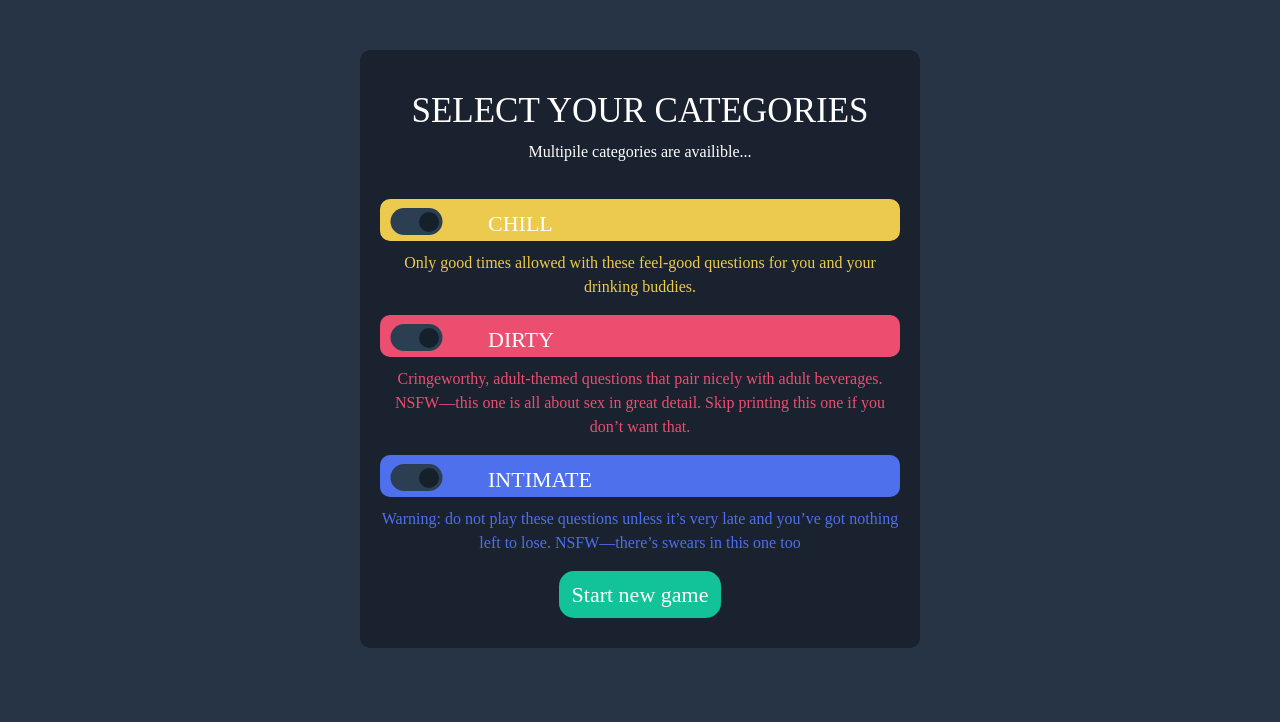
Repository: RafaelAshurov/TruthOrDrink
Page: /chose-your-categories
An editor plug-in stored every save of this project. The page is shown before and after the next save, followed by the edit.
The browser window is 1280 px wide. The pictures show the whole page.
Some web fonts or font styles are not loaded; a fallback is used. The project was rebuilt for these pictures with package versions that can differ from the ones it lists, and the page was loaded fresh each time. Also part of the build but not shown: src/views/StartGame.vue, src/views/QuestionsPage.vue.

Above is the page before, as saved 2020-10-10 21:47:36.

After the next save:
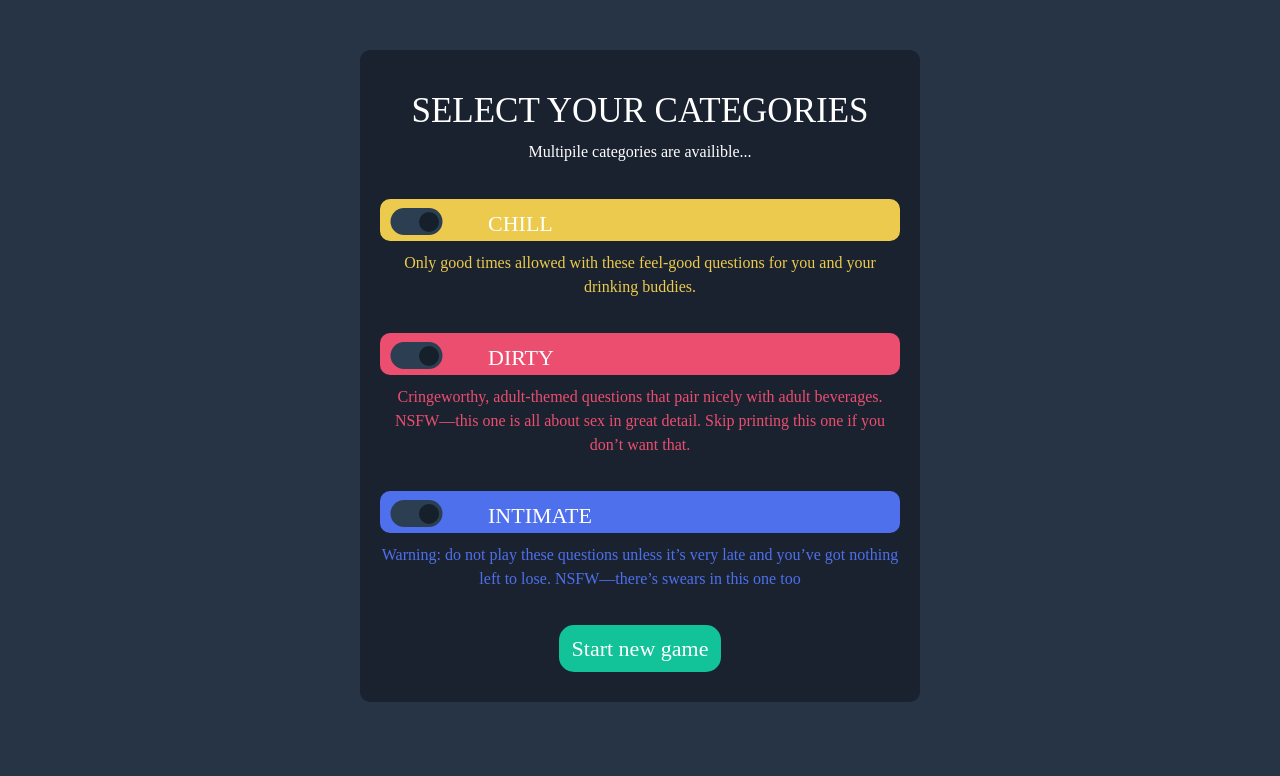
Saved 46 s later.
--- a/src/views/CategorySelect.vue
+++ b/src/views/CategorySelect.vue
@@ -138,7 +138,7 @@
 
         .category-container {
             display: inline-block;
-            margin: 0 auto;
+            margin: 0 auto 18px;
 
             .category-btn {
                 border-radius: 10px;
